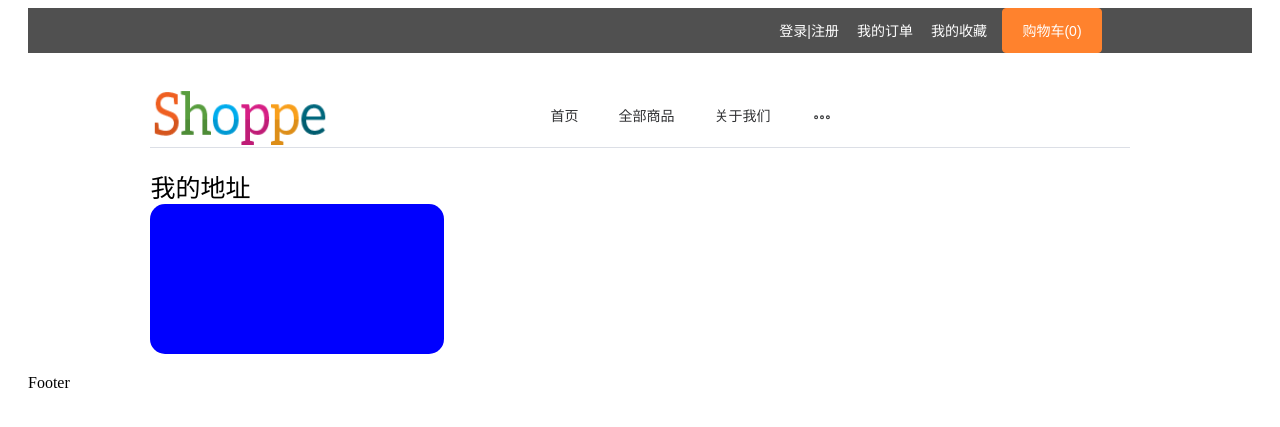
Repository: zhenghaochang/---
Page: /#/confirmOrder (app in xiaomi/)
The author's editor kept a copy of each file at every save. The page is drawn from the files as they stood at one save, then again after a run of saves.
The browser window is 1280 px wide. The pictures show the whole page.
The project was rebuilt for these pictures with package versions that can differ from the ones it lists, and the page was loaded fresh each time. Also part of the build but not shown: xiaomi/vite.config.js.

Above is the page before, as saved 2025-08-03 15:51:23.

After the next 2 saves:
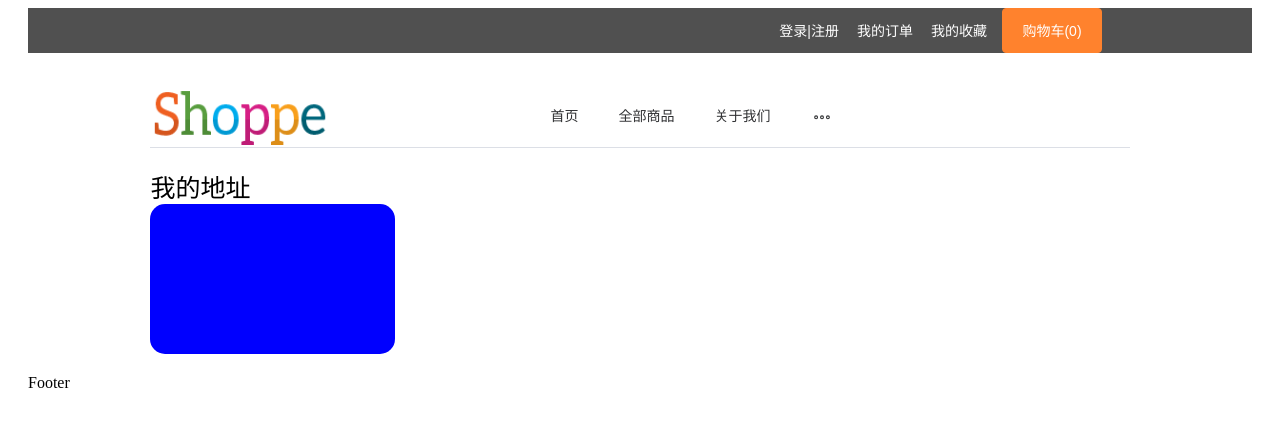
The 2 saves are shown as one change because they came seconds apart.
The last was saved 6 s later.
--- a/xiaomi/src/view/confirmOrder.vue
+++ b/xiaomi/src/view/confirmOrder.vue
@@ -24,7 +24,7 @@
     align-items:center;
 }
 .address_div{
-    width: 30%;
+    width: 25%;
     background-color: blue;
     height:150px;
     border-radius: 15px;
